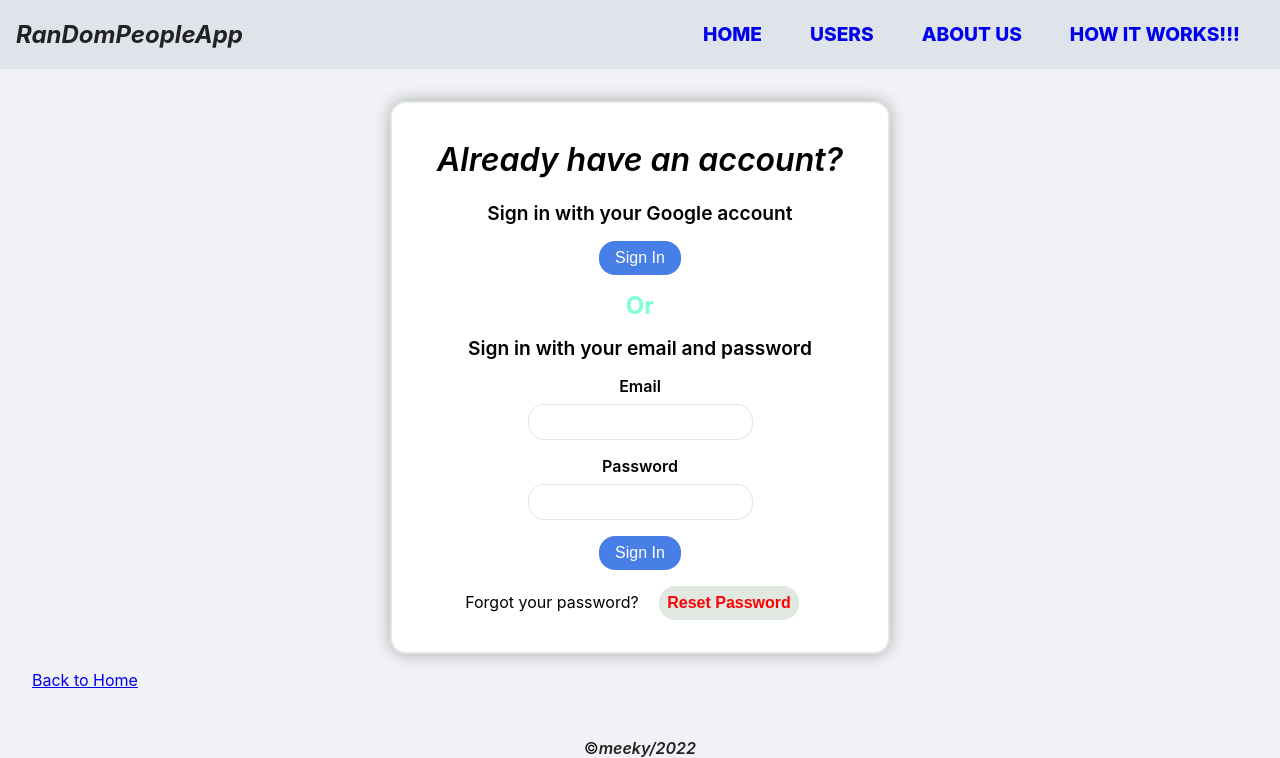
Repository: MikkyPrestige/RandomProfiles
Page: /profileDisplay
An editor plug-in stored every save of this project. The page is shown before and after the next save, followed by the edit.
The browser window is 1280 px wide. The pictures show the whole page.
The page's requests for data from a server got no answer. The project was rebuilt for these pictures with package versions that can differ from the ones it lists, and the page was loaded fresh each time. Some packages were replaced by stand-ins written for this rebuild. No one was signed in, and anything a server would have sent is missing. Also part of the build but not shown: src/assets/styles/home.css, src/components/home.jsx, src/components/users.jsx, src/assets/styles/search.css, src/components/search.jsx, src/assets/styles/help.css, src/components/help.jsx, src/assets/styles/about.css and 7 more.

Above is the page before, as saved 2022-12-05 02:48:30.

After the next save:
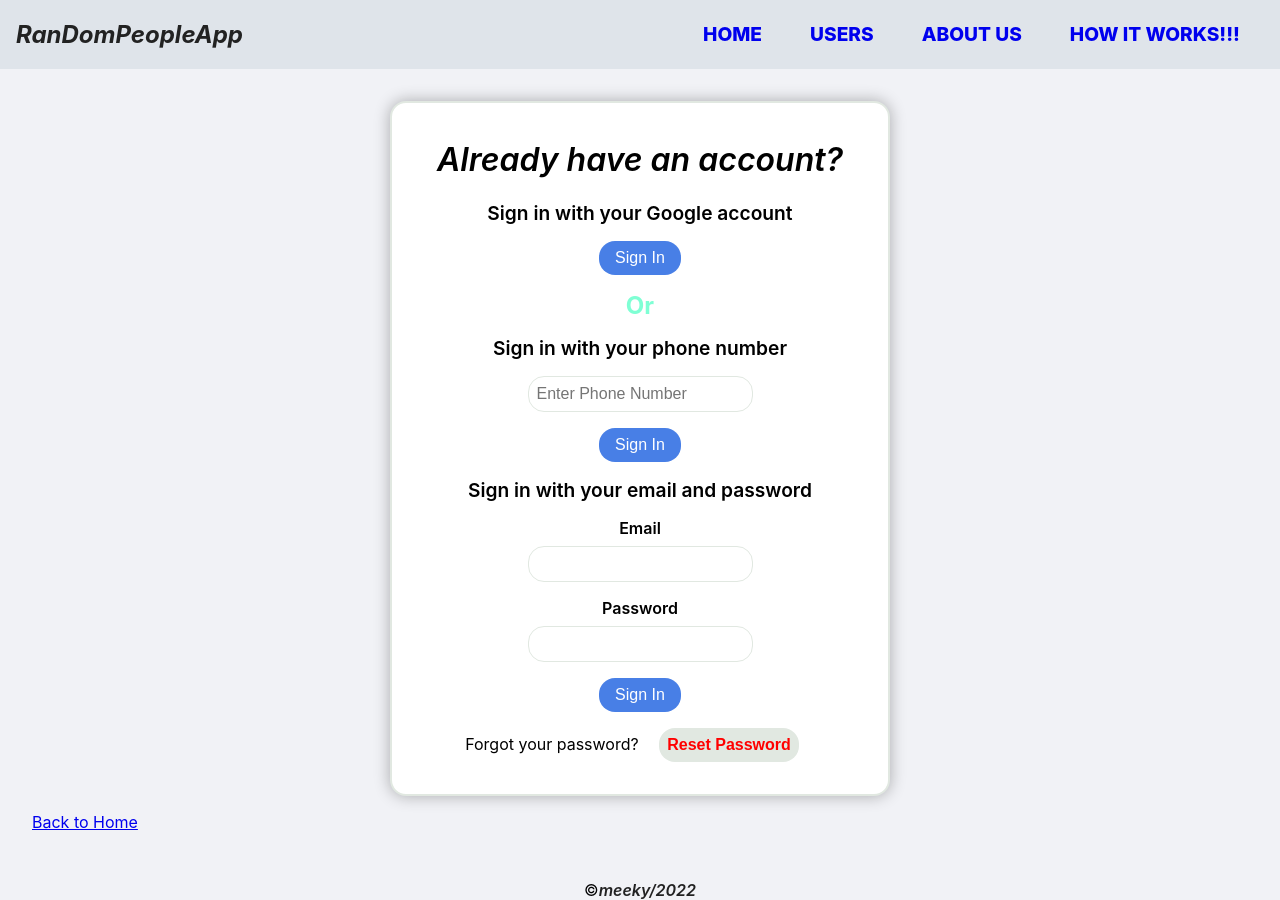
Saved 3 min 18 s later.
--- a/src/components/profileDisplay.jsx
+++ b/src/components/profileDisplay.jsx
@@ -156,6 +156,25 @@ const ProfileDisplay = () => {
                 </button>
                 <p className="or">Or</p>
                 <h2 className="sign__heading">
+                  Sign in with your phone number
+                </h2>
+                <form onSubmit={handleSignIn} className="sign__form">
+                  <input
+                    type="tel"
+                    name="phone"
+                    placeholder="Enter Phone Number"
+                    className="sign__input"
+                    required
+                  />
+                  <button
+                    id="sign-in-button"
+                    className="sign__btn"
+                    onClick={recaptchaVerifier}
+                  >
+                    Sign In
+                  </button>
+                </form>
+                <h2 className="sign__heading">
                   Sign in with your email and password
                 </h2>
                 <form onSubmit={handleSignIn} className="sign__form">
